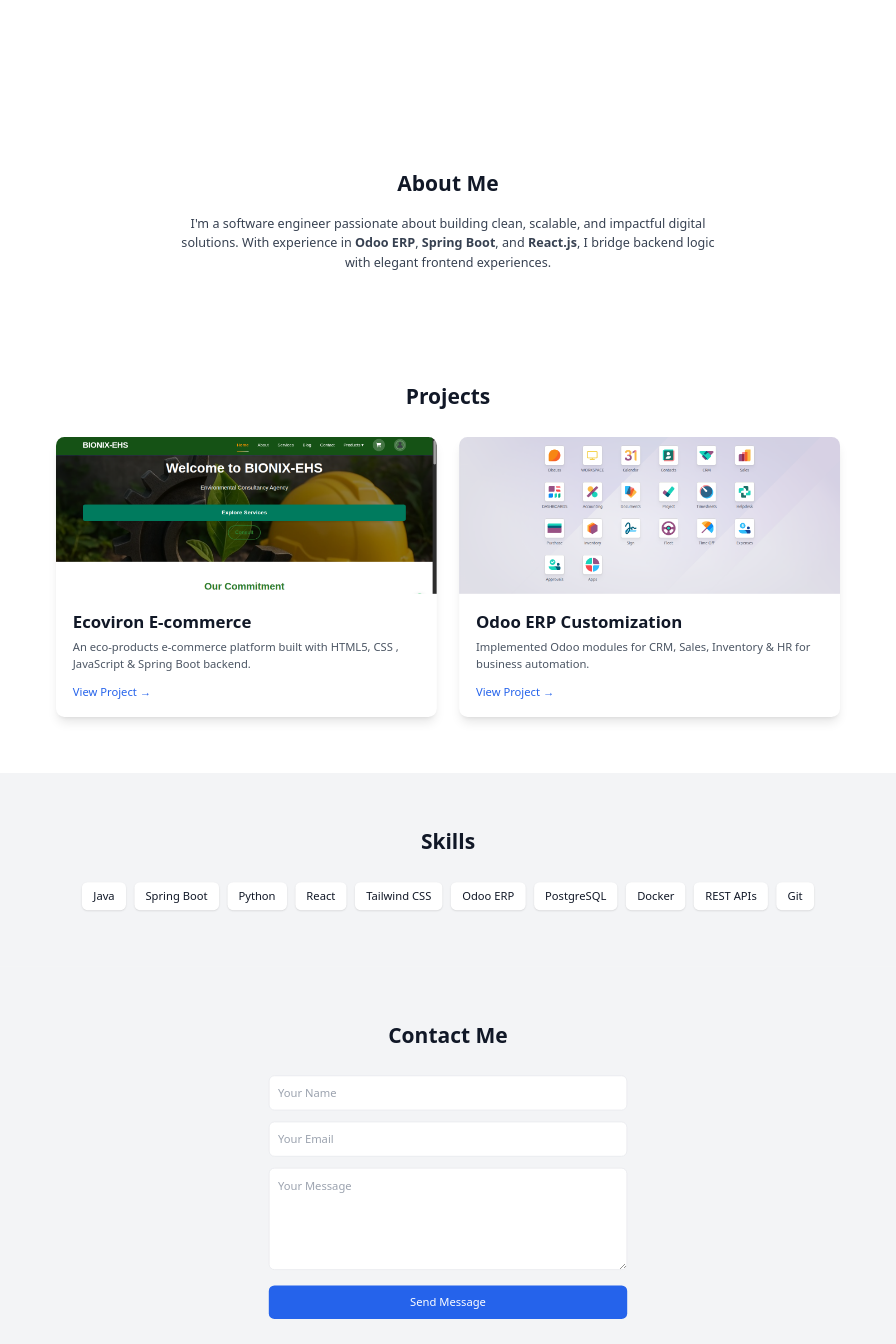
Repository: mbuguag/Portfolio
Page: /
The author's editor kept a copy of each file at every save. The page is drawn from the files as they stood at one save, then again after the next save.
The browser window is 1280 px wide. The pictures show the part of the page from y = 555 to 2475 px (the page is 2593 px tall before and 2685 px after), at 70% of full size.
The project was rebuilt for these pictures with package versions that can differ from the ones it lists, and the page was loaded fresh each time. Also part of the build but not shown: vite.config.js.

Above is the page before, as saved 2025-10-24 10:11:40.

After the next save:
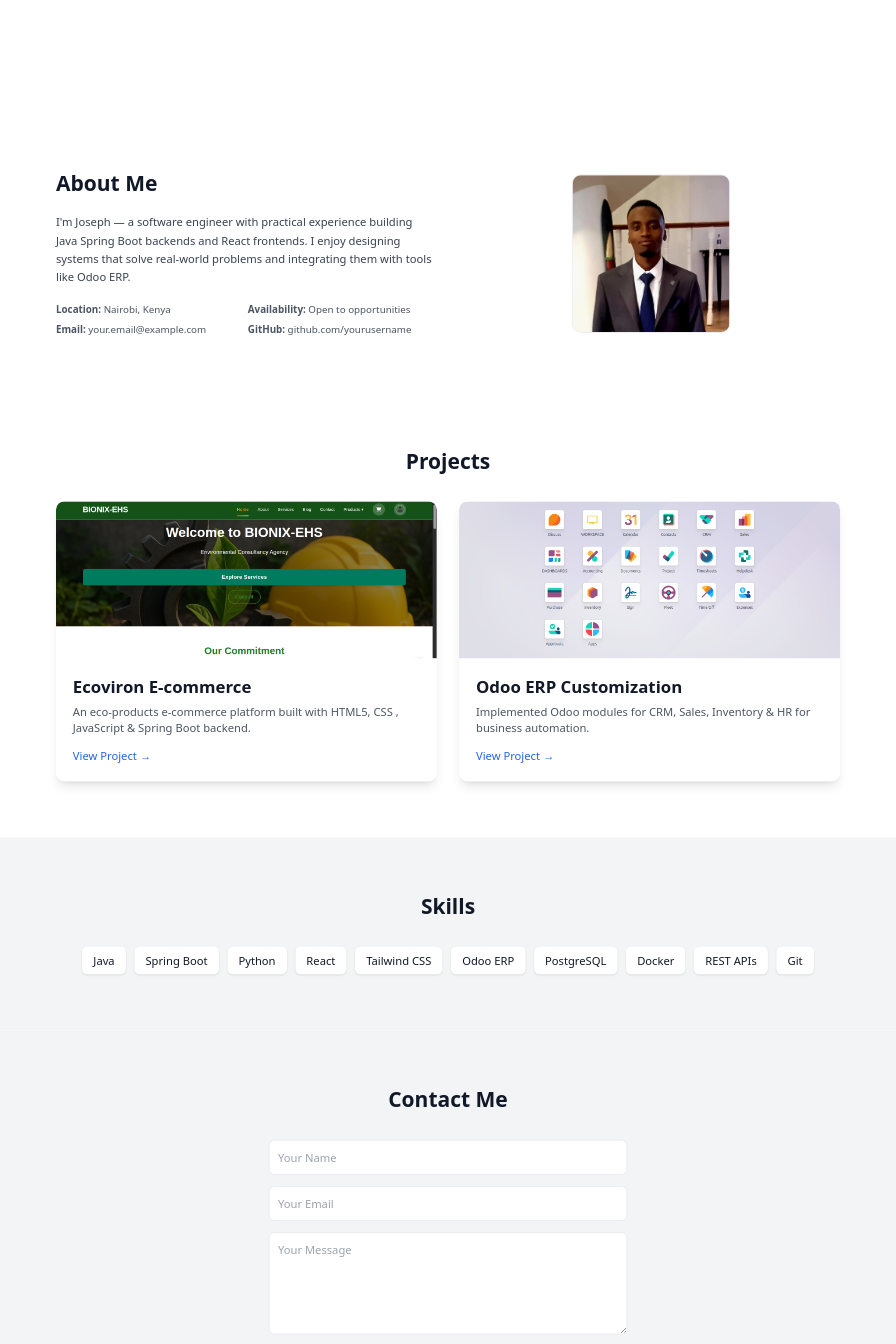
Saved 21 s later.
--- a/src/components/About/About.jsx
+++ b/src/components/About/About.jsx
@@ -1,12 +1,30 @@
+import React from "react";
+
 export default function About() {
   return (
-    <section id="about" className="py-20 container">
-      <h2 className="text-3xl font-bold mb-6 text-center">About Me</h2>
-      <p className="max-w-3xl mx-auto text-lg text-gray-700 dark:text-gray-300 text-center">
-        I'm a software engineer passionate about building clean, scalable, and impactful digital solutions.
-        With experience in <strong>Odoo ERP</strong>, <strong>Spring Boot</strong>, and <strong>React.js</strong>,
-        I bridge backend logic with elegant frontend experiences.
-      </p>
+    <section id="about" className="py-20">
+      <div className="container grid md:grid-cols-2 gap-10 items-center">
+        <div>
+          <h2 className="section-title">About Me</h2>
+          <p className="text-gray-700 dark:text-gray-300 leading-relaxed">
+            I'm Joseph — a software engineer with practical experience building Java Spring Boot backends and React frontends.
+            I enjoy designing systems that solve real-world problems and integrating them with tools like Odoo ERP.
+          </p>
+
+          <ul className="mt-6 grid grid-cols-2 gap-2 text-sm text-gray-600 dark:text-gray-400">
+            <li><strong>Location:</strong> Nairobi, Kenya</li>
+            <li><strong>Availability:</strong> Open to opportunities</li>
+            <li><strong>Email:</strong> your.email@example.com</li>
+            <li><strong>GitHub:</strong> github.com/yourusername</li>
+          </ul>
+        </div>
+
+        <div className="flex justify-center">
+          <div className="w-56 h-56 rounded-xl overflow-hidden ring-1 ring-gray-200 dark:ring-gray-700">
+            <img src="/profile.jpg" alt="Joseph Mbugua" className="w-full h-full object-cover" />
+          </div>
+        </div>
+      </div>
     </section>
   );
 }
